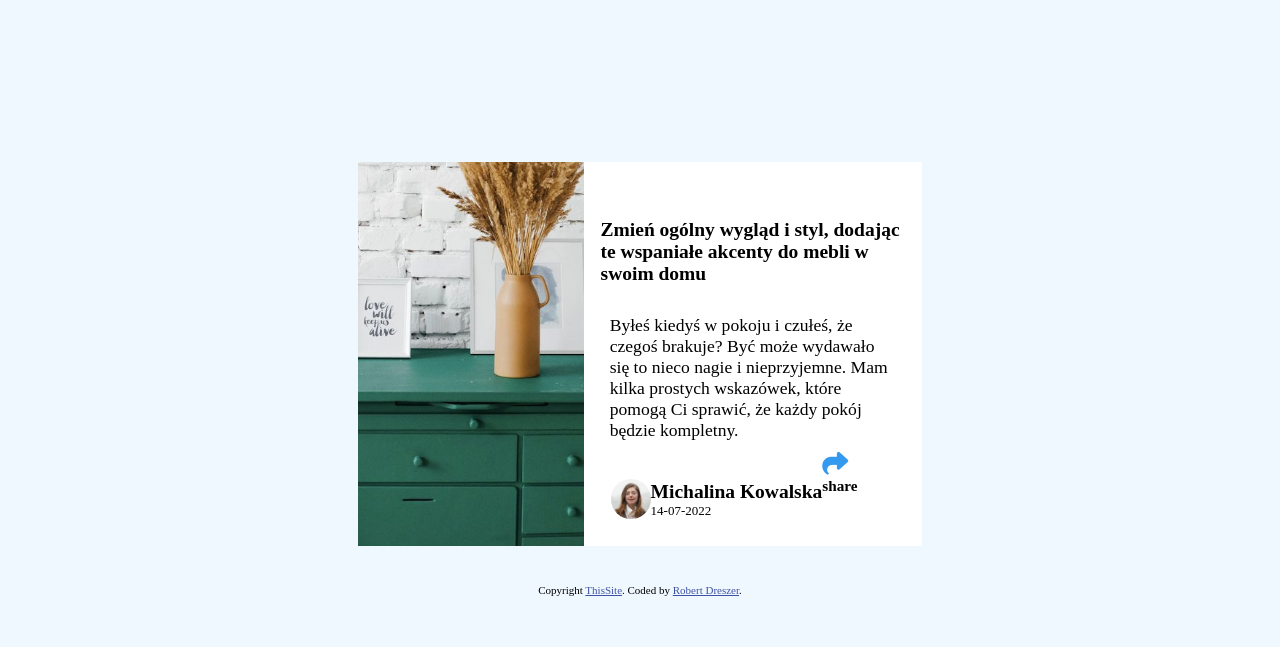
Repository: RobertDsr/komponent-podgl-du-produktu
Page: index.html
An editor plug-in stored every save of this project. The page is shown before and after a run of saves, followed by the edit.
The browser window is 1280 px wide. The pictures show the whole page.
Some web libraries are served in a nearby version. The style sheet was rebuilt from its Sass, Less or Tailwind sources for each picture, by a compiler version that may differ from the author's.

Above is the page before, as saved 2022-07-14 13:47:56.

### index.html
<!DOCTYPE html>
<html lang="pl">

<head>
  <meta charset="UTF-8">
  <meta name="viewport" content="width=device-width, initial-scale=1.0">
  <!-- displays site properly based on user's device -->

  <link rel="icon" type="image/png" sizes="32x32" href="./images/favicon-32x32.png">

  <script src="https://kit.fontawesome.com/f1983936fd.js" crossorigin="anonymous"></script>

  <title>Article preview component</title>

  <link rel="stylesheet" href="./design/css/main.min.css">
</head>

<body>

  <div class="wrapper">
    <div class="columns">
      <div class="columnLeft"></div>
      <div class="columnRight">
        <section class="articleDescription">
          <h1 class="Title">Zmień ogólny wygląd i styl, dodając te wspaniałe akcenty do mebli w swoim domu</h1>
          <p>Byłeś kiedyś w pokoju i czułeś, że czegoś brakuje? Być może wydawało się to nieco nagie i nieprzyjemne. Mam
            kilka prostych wskazówek, które pomogą Ci sprawić, że każdy pokój będzie kompletny.</p>
          <div class="author">
            <img src="./images/avatar-michelle.jpg" alt="Michelle" class="imgAuthor">
            <div class="divAuthorName">
              <h2 class="authorName">Michalina Kowalska</h2>
              <time datetime="2022-07-14">14-07-2022</time>
            </div>
            <div class="socialMedia">
              <i class="fa-solid fa-share fa-2x" style="color: #339af0;"></i>
              <div class="popup">
                <div class="mediaWrapper">
                  <h3>share</h3>
                  <img class="img1" src="./images/icon-facebook.svg" alt="ikona facebooka">
                  <img class="img2" src="./images/icon-twitter.svg" alt="ikona twittera">
                  <img class="img3" src="./images/icon-pinterest.svg" alt="ikona pinteresta">
                </div>
              </div>
            </div>
          </div>
        </section>
      </div>
    </div>
    <footer>
      <div class="attribution">
        Copyright <a href="https://robertdreszer.pl/" target="_blank">ThisSite</a>.
        Coded by <a href="https://robertdreszer.pl/">Robert Dreszer</a>.
      </div>
    </footer>
  </div>
</body>

</html>

### design/scss/main.scss
* {
    box-sizing: border-box;
    margin: 0;
    padding: 0;
}

body {
    font-size: 13px;
}
.wrapper {
    align-items: center;
    background-color: aliceblue;
    display: flex;
    flex-direction: column;
    justify-content: center;
    min-height: 100vh;
    min-width: 100vw;
    max-width: 1440px;
    overflow: hidden;
}

.columns {
    display: flex;
    padding: 3%;
    // justify-content: space-around;
    width: 50%;
}

.columnLeft {
    background: url(../../images/drawers.jpg) center/cover;
    width: 40%;
}

.columnRight {
    background-color: #fff;
    padding: 10% 3% 3%;
    width: 60%;
}

.title {
    font-size: 1.45rem;
}

.articleDescription p {
    font-size: 1.1rem;
    padding: 10% 3% 0;
}

.author {
    display: flex;
    padding: 10px;
    align-items: flex-end;
}

.imgAuthor {
    width: 40px;
    height: 40px;
    border-radius: 50%;
}

.divAuthorName {

}
.attribution { font-size: 11px; text-align: center; }
.attribution a { color: hsl(228, 45%, 44%); }

After the next 3 saves:
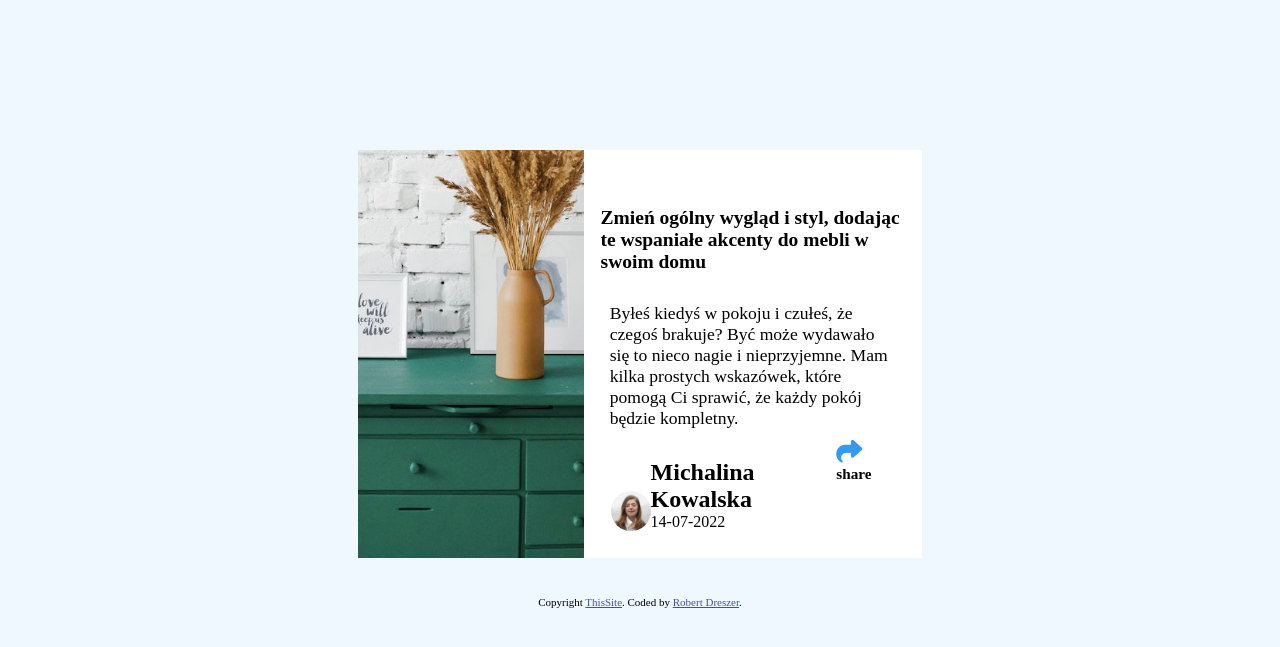
The 3 saves are shown as one change because they came seconds apart.
The last was saved 10 s later.
--- a/design/scss/main.scss
+++ b/design/scss/main.scss
@@ -59,7 +59,7 @@
 }
 
 .divAuthorName {
-
+    font-size: 1rem;
 }
 .attribution { font-size: 11px; text-align: center; }
 .attribution a { color: hsl(228, 45%, 44%); }

After the 2 saves that followed:
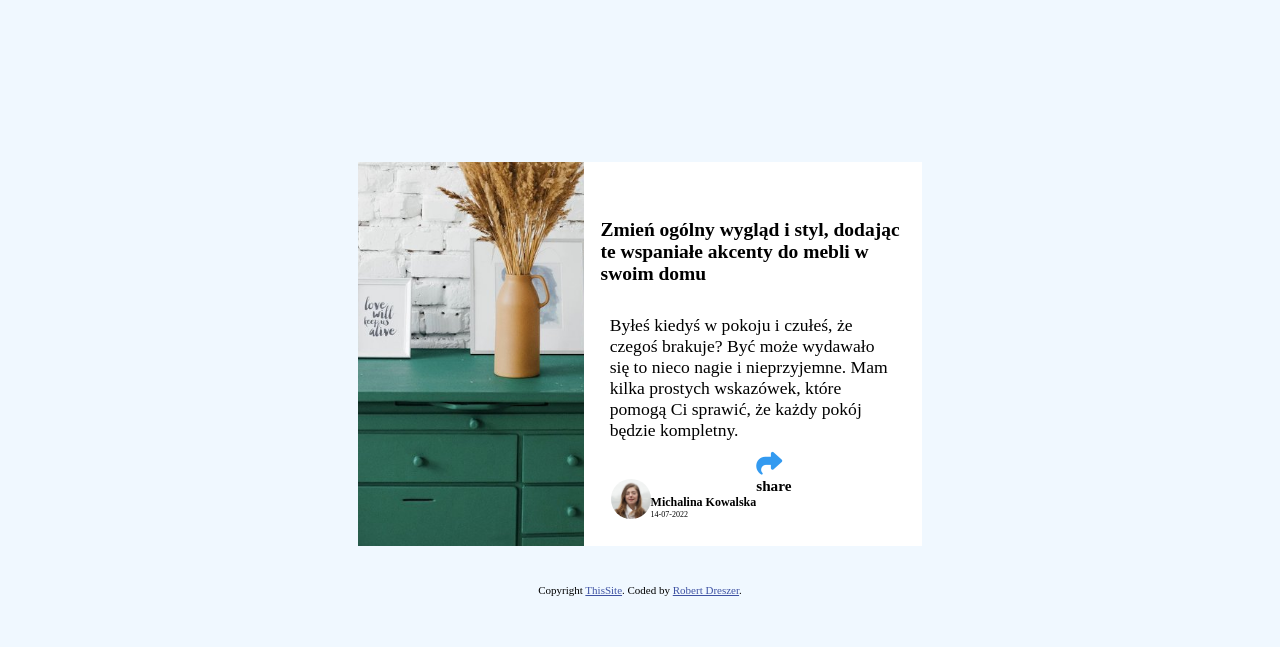
The 2 saves are shown as one change because they came seconds apart.
The last was saved 10 s later.
--- a/design/scss/main.scss
+++ b/design/scss/main.scss
@@ -59,7 +59,7 @@
 }
 
 .divAuthorName {
-    font-size: 1rem;
+    font-size: 0.5rem;
 }
 .attribution { font-size: 11px; text-align: center; }
 .attribution a { color: hsl(228, 45%, 44%); }
